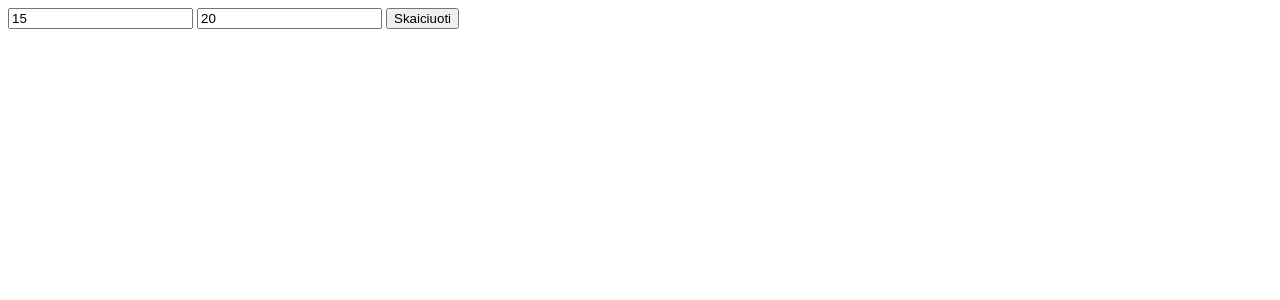
Repository: motiejus1/11-paskaita-PHP-05.31
Page: http://localhost/skaiciuotuvas.php
The author's editor kept a copy of each file at every save. The page is drawn from the files as they stood at one save, then again after the next save.
The browser window is 1280 px wide. The pictures show the whole page.
The page is run by PHP 8.4 with error messages shown; the project is at /var/www/html/.

Above is the page before, as saved 2021-08-09 20:22:50.

### skaiciuotuvas.php
<!DOCTYPE html>
<html lang="en">
<head>
    <meta charset="UTF-8">
    <meta http-equiv="X-UA-Compatible" content="IE=edge">
    <meta name="viewport" content="width=device-width, initial-scale=1.0">
    <title>Skaiciuotuvas</title>
</head>
<body>
<form action="skaiciuotuvas.php" action="get">
    <input type="text" name="sk1" value="15" />
    <input type="text" name="sk2" value="20" />
<button type="submit" name="skaiciuoti">Skaiciuoti</button>
</form>


<?php
//Objektiniu principu suprogramuoti skaiciuotuva, kuris atliktu sudeties, atimties, dalybos, dalybos su liekana
//saknies traukimo ir kelimo antruoju laipsniu operacijas.
class Skaiciuotuvas {
    private $sk1;
    private $sk2;
    private $rezultatas;

    function __construct($sk1, $sk2){
        $this->sk1 = floatval($sk1);
        $this->sk2 = floatval($sk2);
        //Suma
        $this->rezultatas = $this->sk1 + $this->sk2;

        // echo "<input type='text' value='".$this->rezultatas."' disabled='true'>";
        echo $this->rezultatas;
    }

    function suma() {
        $this->rezultatas = $this->sk1 + $this->sk2;
        echo $this->rezultatas;
    }

    function atimtis() {
        $this->rezultatas = $this->sk1 - $this->sk2;
        echo $this->rezultatas;
    }

    function dalyba() {
        $this->rezultatas = $this->sk1 / $this->sk2;
        echo $this->rezultatas;
    }

    function dalybaSuLiekana() {
        $this->rezultatas = $this->sk1 % $this->sk2;
        echo $this->rezultatas;
    }

    function saknis() {
        $this->rezultatas = sqrt($this->sk1);
        echo $this->rezultatas;
    }

    function kelimasLaipsniu() {

    }

}

if(isset($_GET["skaiciuoti"])) {
    if(isset($_GET["sk1"]) && !empty($_GET["sk1"]) && isset($_GET["sk2"]) && !empty($_GET["sk2"])  ) {
        $sk1 = $_GET["sk1"];
        $sk2 = $_GET["sk2"];
        $skaiciuotuvas = new Skaiciuotuvas($sk1, $sk2);
    } else {
        echo "Vienas arba abudu laukeliai yra neskaicius arba tusti";
    }
}

?>

</body>
</html>

After the next save:
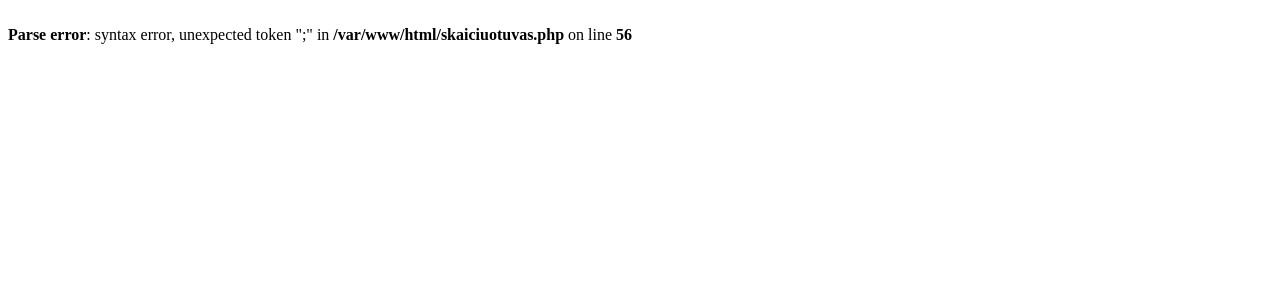
Saved 4 s later.
--- a/skaiciuotuvas.php
+++ b/skaiciuotuvas.php
@@ -53,7 +53,7 @@
     }
 
     function saknis() {
-        $this->rezultatas = sqrt($this->sk1);
+        $this->rezultatas = sqrt($this->sk1).;
         echo $this->rezultatas;
     }
 

After the 2 saves that followed:
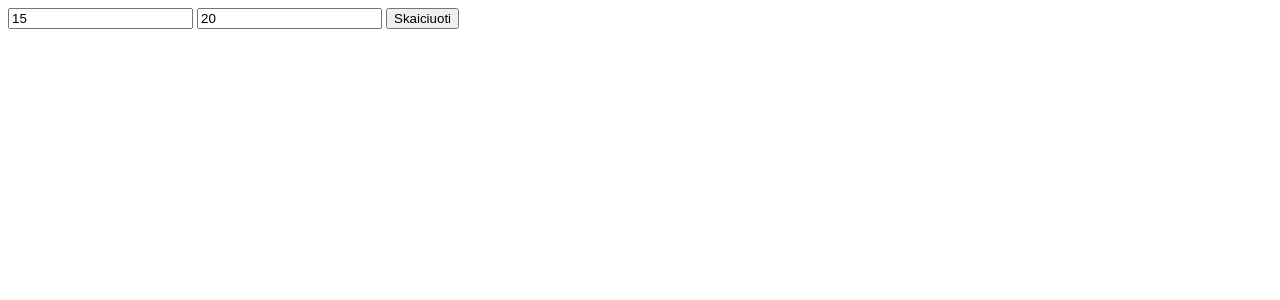
The 2 saves are shown as one change because they came seconds apart.
The last was saved 6 s later.
--- a/skaiciuotuvas.php
+++ b/skaiciuotuvas.php
@@ -53,7 +53,7 @@
     }
 
     function saknis() {
-        $this->rezultatas = sqrt($this->sk1).;
+        $this->rezultatas = sqrt($this->sk1).sqrt($this->sk2);
         echo $this->rezultatas;
     }
 
